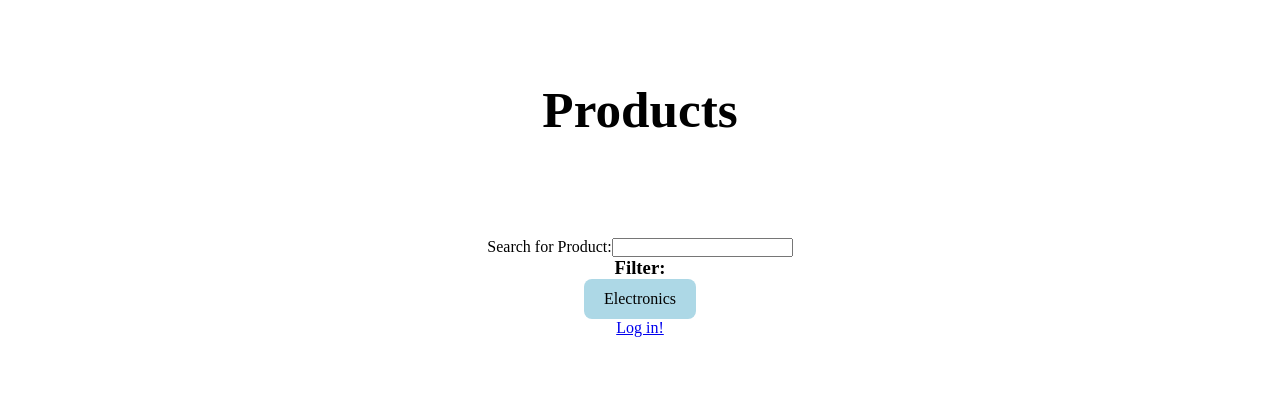
Repository: Andres513/CapStone
Page: /
These files come from the project's save history. The page is drawn as it stood at one moment and after the next save; the edit follows.
The browser window is 1280 px wide. The pictures show the whole page.
The page's requests for data from a server got no answer. The project was rebuilt for these pictures with package versions that can differ from the ones it lists, and the page was loaded fresh each time. No one was signed in, and anything a server would have sent is missing. Also part of the build but not shown: vite.config.js, src/components/Login.jsx, src/components/SingleProduct.jsx.

Above is the page before, as saved 2024-04-03 11:59:38.

### src/App.jsx
import { useState } from 'react'
import FetchProducts from './components/FetchProducts'
import './App.css'
import { Routes, Route } from 'react-router-dom'
import Login from './components/Login'
import SingleProduct from './components/SingleProduct'

function App() {
const [ token, setToken ] = useState(null)
const [ email, setEmail ] = useState('')
const [ password, setPassword ] = useState('')


const handleSetState=(newToken)=>{
    setToken(newToken)
}
  return (
    <>
    <Routes>
      <Route path="/login" element={<Login token={token} setToken={handleSetState} email={email} setEmail={setEmail} password={password} setPassword={setPassword}/>}/>
      <Route path="/" element={<FetchProducts token={token}/>}/>
      <Route path="/products/:id" element={<SingleProduct token={token}/>}/>
    </Routes>
    </>
  )
}

export default App

### src/index.css

* {
  margin: 0;
  padding: 0;
  box-sizing: border-box;
}
h1 {
  font-size: 3.2em;
  line-height: 1.1;
  padding-top: 50px;
  padding-bottom: 100px;
}
img {
  width: 250px;
  height: 400px;
}
.single-product > img {
  height: 60%;
  width: 60%;
  padding-top: 50px;
  padding-bottom: 50px;
}
.items-container {
  display: grid;
  grid-template-columns: repeat(auto-fill, minmax(200px, 1fr));
  grid-gap: 100px;
  padding-top: 50px;
}
button {
  border-radius: 8px;
  border: 1px solid transparent;
  padding: 0.6em 1.2em;
  font-size: 1em;
  font-weight: 500;
  font-family: inherit;
  background-color: lightblue;
  cursor: pointer;
  transition: border-color 0.25s;
}

### src/components/FetchProducts.jsx
import { useEffect, useState } from "react"
import { Link, useAsyncError } from "react-router-dom"
import Login from "./Login"
import Filter from "./Filter"

export default function FetchProducts({token}){
    const [ error, setError ] = useState(null)
    const [ products, setProducts ] = useState([])
    const [ category, setCategory ] = useState('')
    const [ price, setPrice ] = useState('')
    const [ searched, setSearched ] = useState('')
    const [ filters, setFilters ] = useState({})

    useEffect(()=>{
        async function fetchProducts(){
        try {
            const response = await fetch('https://fakestoreapi.com/products')
            const result = await response.json()
            setProducts(result)
            setCategory(result.category)
            setPrice(result.price)
            console.log(products)


            } catch(error) {
                setError(error.message)
            }
        }
        fetchProducts()
    },[price])
    useEffect(()=>{
      console.log(products)
      console.log(category)
        console.log(price)
    },[token])

    const searchedProduct = products.filter((product) => {
         return product.title.toLowerCase().includes(searched.toLowerCase());
     });

     const applyFilter = (key, value) => {
        setFilters({...filteredProducts, [key]: value})
     }

     const filteredProducts = searchedProduct.filter((product) => {
        if (filters.category && product.category !== filters.category) {
          return false;
        }
        if (filters.price) {
          const [min, max] = filters.price.split("-");
          const price = parseFloat(product.price);
          if (price < parseFloat(min) || price > parseFloat(max)) {
            return false;
          }
        }
        return true;
      });

    return (
        <>
        <h1>Products</h1>
            <label className="search-bar">Search for Product:
                <input type="text" value={searched} onChange={(e) => setSearched(e.target.value)}/>
            </label><br/>
            <Filter
            products={products} category={category} price={price}/>
        <Link to="/login" element={<Login />}>Log in!</Link>
        <div className="items-container">
    {searchedProduct.map((product) => (
                <div key={product.id} className="item">
                    <h3>{product.title}</h3>
                    <img src={product.image} alt={product.title} /><br/>
                    <Link to={`/products/${product.id}`}>View Details</Link>
                </div>

            ))}
            </div>
        </>
    )
}

### src/components/Filter.jsx
import { useEffect, useState } from "react"

export default function Filter({filterCategory, filterPrice}){

    const categories = ['Electronics', 'Jewelry', 'Mens Clothing', 'Womens Clothing']
    const priceRange = [ 'under $10', '$10 - $50', '$50 - $100', 'Over $100' ]

    return (
        <div>
            <h3>Filter:</h3>
            <div>
            <button onClick={()=> handleFilterChange}>Electronics</button>
            </div>

        </div>
    )
}

Loaded but not shown: index.html (common file); src/main.jsx (common file); src/App.css (common file)

After the next save:
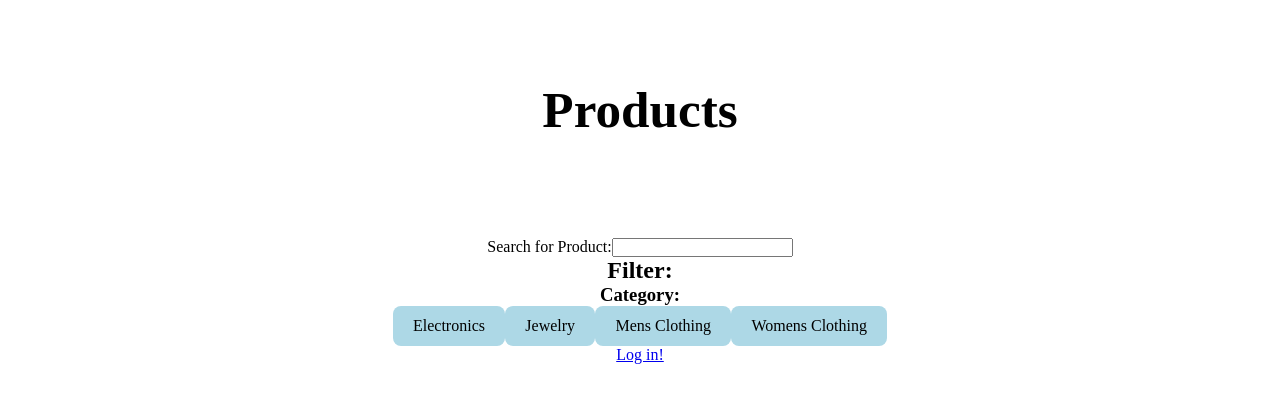
Saved 4 min 37 s later.
--- a/src/components/Filter.jsx
+++ b/src/components/Filter.jsx
@@ -7,9 +7,12 @@
 
     return (
         <div>
-            <h3>Filter:</h3>
+            <h2>Filter:</h2>
             <div>
-            <button onClick={()=> handleFilterChange}>Electronics</button>
+            <h3>Category:</h3>
+            {categories.map((category, index) => (
+                <button key={index} onClick={() => filterCategory(category)} className="dot">{category}</button>
+            ))}
             </div>
 
         </div>
